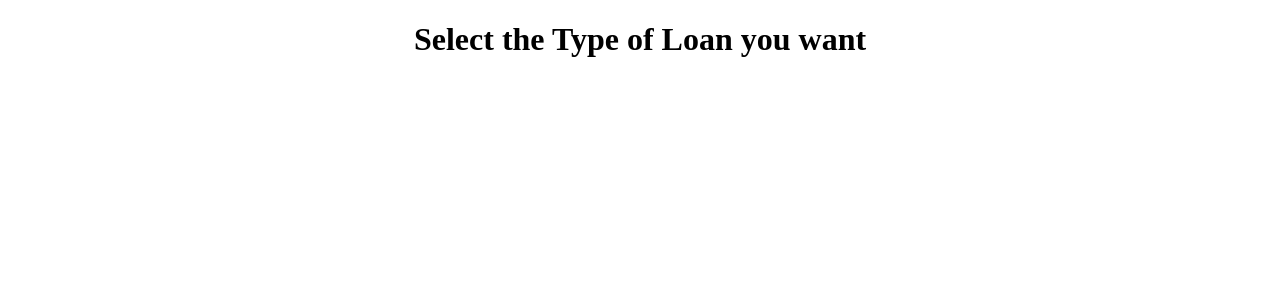
Repository: Jeevith-U/Advance-Java
Page: Welcom-file-list&RequestDispatcherServlet/src/main/webapp/redirect.html
An editor plug-in stored every save of this project. The page is shown before and after the next save, followed by the edit.
The browser window is 1280 px wide. The pictures show the whole page.

Above is the page before, as saved 2023-08-14 11:20:51.

After the next save:
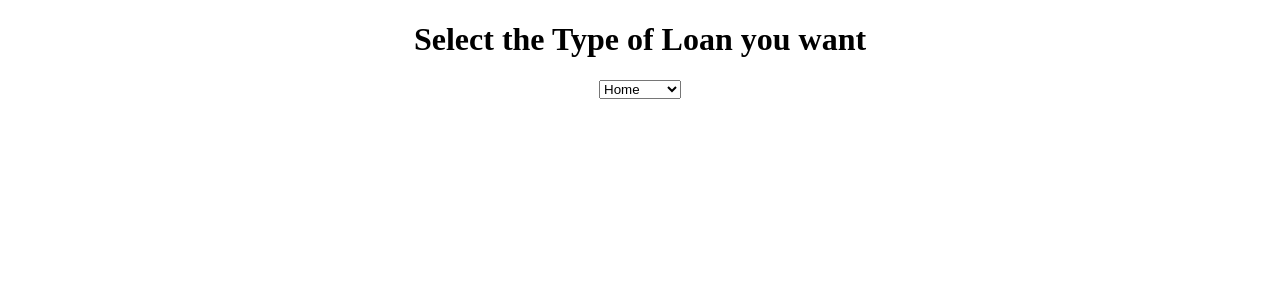
Saved 54 s later.
--- a/Welcom-file-list&RequestDispatcherServlet/src/main/webapp/redirect.html
+++ b/Welcom-file-list&RequestDispatcherServlet/src/main/webapp/redirect.html
@@ -10,6 +10,13 @@
 
 		<h1>Select the Type of Loan you want</h1>
 
+		<select>
+			<option>Home</option>
+			<option>Vehicle</option>
+			<option>Gold</option>
+			<option>Tour Loan</option>
+		</select>
+
 	</form>
 
 </body>
